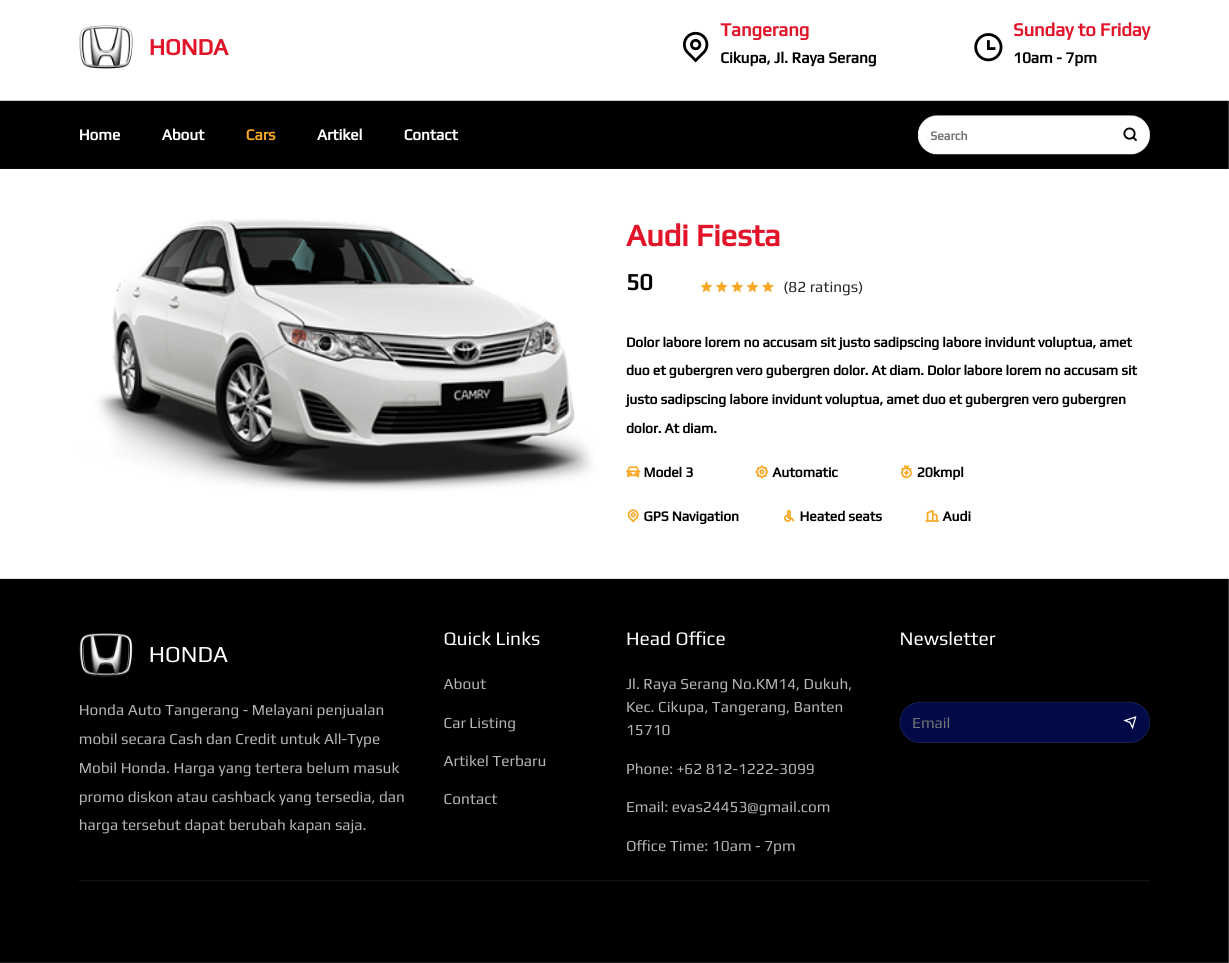
Repository: stevenxylver/Honda
Page: /cars/Audi Fiesta
The author's editor kept a copy of each file at every save. The page is drawn from the files as they stood at one save, then again after a run of saves.
The browser window is 1280 px wide. The pictures show the whole page, at 96% of full size.
The project was rebuilt for these pictures with package versions that can differ from the ones it lists, and the page was loaded fresh each time. Also part of the build but not shown: src/styles/hero-slider.css, src/components/UI/HeroSlider.jsx, src/components/UI/FindCarForm.jsx, src/components/UI/AboutSection.jsx, src/styles/services-list.css, src/assets/data/serviceData.js, src/components/UI/ServicesList.jsx, src/components/UI/Example.jsx and 27 more.

Above is the page before, as saved 2022-11-20 14:22:13.

### src/index.css
/* ======== google fonts ======== */
@import url("https://fonts.googleapis.com/css2?family=Source+Sans+Pro:wght@200;300;400;600;700;900&display=swap");
@import url('https://fonts.googleapis.com/css2?family=Play&display=swap');
/* ======= base style ====== */
* {
  margin: 0;
  padding: 0;
  box-sizing: border-box;
  /* font-family: "Source Sans Pro", sans-serif; */
  font-family: 'Play', sans-serif;

}

/* ========= pre-define css ========= */
h1,
h2,
h3,
h4,
h5,
h6 {
  color: #E11429;
  font-weight: 600;
  margin-bottom: 0;
}

h3,
h4 {
  font-size: 1.6rem;
}

h5,
h6 {
  font-size: 1.2rem;
}

a {
  text-decoration: none;
  color: unset;
}

a:hover {
  color: unset;
}

ul {
  margin: 0;
  list-style: none;
}

.section__title {
  color: #E11429;
  font-weight: 600;
  font-size: 2rem;
}

.section__subtitle {
  color: #f9a826;
  font-weight: 600;
  font-size: 1.2rem;
}

.section__description {
  color: #000;
  font-size: 0.9rem;
  line-height: 30px;
  font-weight: 600;
}

section {
  padding: 50px 0px;
}

.btn {
  padding: 7px 15px;
  background: #E11429;
  color: #fff;
  border: none;
  outline: none;
  border-radius: 5px;
  transition: 0.3s;
}

.btn:hover {
  color: #fff !important;
  background: #E11429;
}

@media only screen and (max-width: 768px) {
  section {
    padding: 30px 0px;
  }

  .section__title {
    font-size: 1.6rem;
  }

  .section__subtitle {
    font-size: 1.1rem;
  }
}

### src/components/Header/Header.jsx
import React, { useRef } from "react";

import { Container, Row, Col } from "reactstrap";
import { Link, NavLink } from "react-router-dom";
import "../../styles/header.css";
import honda from "../../assets/all-images/honda.png";

const navLinks = [
  {
    path: "/home",
    display: "Home",
  },
  {
    path: "/about",
    display: "About",
  },
  {
    path: "/cars",
    display: "Cars",
  },

  {
    path: "/blogs",
    display: "Artikel",
  },
  {
    path: "/contact",
    display: "Contact",
  },
];

const Header = () => {
  const menuRef = useRef(null);

  const toggleMenu = () => menuRef.current.classList.toggle("menu__active");

  return (
    <header className="header">

      {/* =============== header middle =========== */}
      <div className="header__middle">
        <Container>
          <Row>
            <Col lg="4" md="3" sm="4">
              <div className="logo">
                <h1>
                  <Link to="/home" className=" d-flex align-items-center gap-2">
                    <img className="honda" src={honda} alt="" />
                    <i></i>
                    <span>HONDA
                     <br/>
                    </span>
                  </Link>
                </h1>
              </div>
            </Col>

            <Col lg="5" md="3" sm="4">
              <div className="header__location d-flex align-items-center justify-content-end gap-2">
                <span>
                  <i class="ri-map-pin-line"></i>
                </span>
                <div className="header__location-content">
                  <h4>Tangerang</h4>
                  <h6>Cikupa, Jl. Raya Serang
                  </h6>
                </div>
              </div>
            </Col>

            <Col lg="3" md="3" sm="4">
              <div className="header__location d-flex align-items-center justify-content-end gap-2">
                <span>
                  <i class="ri-time-line"></i>
                </span>
                <div className="header__location-content">
                  <h4>Sunday to Friday</h4>
                  <h6>10am - 7pm</h6>
                </div>
              </div>
            </Col>

            {/* <Col
              lg="2"
              md="3"
              sm="0"
              className=" d-flex align-items-center justify-content-end "
            >
              <button className="header__btn btn">
                <Link to="/contact">
                  <i class="ri-whatsapp-line"></i>0812-1222-3099
                </Link>
              </button>
            </Col> */}
          </Row>
        </Container>
      </div>

      {/* ========== main navigation =========== */}

      <div className="main__navbar">
        <Container>
          <div className="navigation__wrapper d-flex align-items-center justify-content-between">
            <span className="mobile__menu">
              <i class="ri-menu-line" onClick={toggleMenu}></i>
            </span>

            <div className="navigation" ref={menuRef} onClick={toggleMenu}>
              <div className="menu">
                {navLinks.map((item, index) => (
                  <NavLink
                    to={item.path}
                    className={(navClass) =>
                      navClass.isActive ? "nav__active nav__item" : "nav__item"
                    }
                    key={index}
                  >
                    {item.display}
                  </NavLink>
                ))}
              </div>
            </div>
            <div className="nav__right">
              <div className="search__box">
                <input type="text" placeholder="Search" />
                <span>
                  <i class="ri-search-line"></i>
                </span>
              </div>
            </div>

          </div>
        </Container>
      </div>
    </header>
  );
};

export default Header;

### src/components/Footer/Footer.jsx
import React from "react";

import { Container, Row, Col, ListGroup, ListGroupItem } from "reactstrap";
import { Link } from "react-router-dom";
import "../../styles/footer.css";
import honda from "../../assets/all-images/honda.png";


const quickLinks = [
  {
    path: "/about",
    display: "About",
  },
  {
    path: "/cars",
    display: "Car Listing",
  },
  {
    path: "/blogs",
    display: "Artikel Terbaru",
  },

  {
    path: "/contact",
    display: "Contact",
  },
];

const Footer = () => {
  const date = new Date();
  const year = date.getFullYear();
  return (
    <footer className="footer">
      <Container>
        <Row>
          <Col lg="4" md="4" sm="12">
            <div className="logo footer__logo">
              <h1>
                <Link to="/home" className=" d-flex align-items-center gap-2">
                <img className="honda" src={honda} alt="" />
                    <i></i>
                    <span>HONDA
                     <br/>
                    </span>
                </Link>
              </h1>
            </div>
            <p className="footer__logo-content">
            Honda Auto Tangerang - Melayani penjualan mobil secara Cash dan Credit untuk All-Type Mobil Honda. Harga yang tertera belum masuk promo diskon atau cashback yang tersedia, dan harga tersebut dapat berubah kapan saja.
            </p>
          </Col>

          <Col lg="2" md="4" sm="6">
            <div className="mb-4">
              <h5 className="footer__link-title">Quick Links</h5>
              <ListGroup>
                {quickLinks.map((item, index) => (
                  <ListGroupItem key={index} className="p-0 mt-3 quick__link">
                    <Link to={item.path}>{item.display}</Link>
                  </ListGroupItem>
                ))}
              </ListGroup>
            </div>
          </Col>

          <Col lg="3" md="4" sm="6">
            <div className="mb-4">
              <h5 className="footer__link-title mb-4">Head Office</h5>
              <p className="office__info">Jl. Raya Serang No.KM14, Dukuh, Kec. Cikupa, Tangerang, Banten 15710</p>
              <p className="office__info">Phone: +62 812-1222-3099</p>

              <p className="office__info">Email: evas24453@gmail.com </p>

              <p className="office__info">Office Time: 10am - 7pm</p>
            </div>
          </Col>

          <Col lg="3" md="4" sm="12">
            <div className="mb-4">
              <h5 className="footer__link-title">Newsletter</h5>
              <p className="section__description">Subscribe our newsletter</p>
              <div className="newsletter">
                <input type="email" placeholder="Email" />
                <span>
                  <i class="ri-send-plane-line"></i>
                </span>
              </div>
            </div>
          </Col>

          <Col lg="12">
            <div className="footer__bottom">
              <p className="section__description d-flex align-items-center justify-content-center gap-1 pt-4">
                <i class="ri-copyright-line"></i>Copyright {year}, Developed by
                Muhibur Rahman. All rights reserved.
              </p>
            </div>
          </Col>
        </Row>
      </Container>
    </footer>
  );
};

export default Footer;

### src/routers/Routers.js
import React from "react";
import { Routes, Route, Navigate } from "react-router-dom";
import Home from "../pages/Home";
import About from "../pages/About";
import CarListing from "../pages/CarListing";
import CarDetails from "../pages/CarDetails";
import Blog from "../pages/Blog";
import BlogDetails from "../pages/BlogDetails";
import NotFound from "../pages/NotFound";
import Contact from "../pages/Contact";

const Routers = () => {
  return (
    <Routes>
      <Route path="/" element={<Navigate to="/home" />} />
      <Route path="/home" element={<Home />} />
      <Route path="/about" element={<About />} />
      <Route path="/cars" element={<CarListing />} />
      <Route path="/cars/:slug" element={<CarDetails />} />
      <Route path="/blogs" element={<Blog />} />
      <Route path="/blogs/:slug" element={<BlogDetails />} />
      <Route path="/contact" element={<Contact />} />
      <Route path="*" element={<NotFound />} />
    </Routes>
  );
};

export default Routers;

### src/styles/header.css
.header__top {
  padding: 10px 0px;
  background: #E11429;
  color: #fff;
}


.honda
{
width: 57px;
height: 57px;
}

.header__top__left {
  display: flex;
  align-items: center;
  column-gap: 1rem;
}

.header__top__left span {
  font-size: 0.9rem;
}

.header__top__help {
  display: flex;
  align-items: center;
  column-gap: 0.4rem;
}

.header__top__help i {
  background: #fff;
  color: #E11429;
  padding: 2px 4px;
  border-radius: 50px;
  font-size: 0.7rem;
}

.header__top__right a {
  text-decoration: none;
  color: #fff;
  font-size: 0.9rem;
}

.header__top__right a:hover {
  color: #fff;
}

/* ============ header middle style =========== */

.header__middle {
  padding: 20px 0px;
}

.logo h1 a span {
  font-size: 1.5rem;
}

.logo h1 a i {
  font-size: 2.2rem;
}

.logo h1 a {
  text-decoration: none;
  color: #E11429;
  font-weight: 900;
}

.logo h1 {
  line-height: 1.5rem;
}

.header__location span i {
  font-size: 2.2rem;
  color: #000000;
}

.header__location-content h4 {
  font-size: 1.2rem;
  font-weight: 700;
  color: #E11429;
}

.header__location-content h6 {
  font-weight: 600;
  color: #000000;
}

.header__btn {
  background: #E11429 !important;
  padding: 10px 20px;
  border: none;
  outline: none;
  border-radius: 5px;
}

.header__btn a {
  display: flex;
  align-items: center;
  column-gap: 0.4rem;
  text-decoration: none;
  color: #fff;
  justify-content: end;
  font-size: 0.9rem;
  font-weight: 1000;
}


.header__btn a:hover {
  color: #fff;
}

/* ================ main navbar styles =========== */

.main__navbar {
  padding: 15px 0px;
  background: #000000;
}

.mobile__menu i {
  color: #fff;
  font-size: 1.3rem;
  cursor: pointer;
}

.mobile__menu {
  display: none;
}

.menu {
  display: flex;
  align-items: center;
  column-gap: 2.7rem;
}

.nav__item {
  color: #fff;
  text-decoration: none;
  transition: 0.3s;
  font-weight: 1000;
}

.nav__item:hover {
  color: #f9a826;
}



.search__box {
  border: 1px solid #7c8a972f;
  padding: 7px 12px;
  display: flex;
  align-items: center;
  border-radius: 50px;
  background: #020a4de9;
}

.search__box {
  border: 1px solid #7c8a972f;
  padding: 7px 12px;
  display: flex;
  align-items: center;
  border-radius: 50px;
  background: #fff;
  font-weight: 1000;
}

.search__box input {
  background: transparent;
  border: none;
  outline: none;
  color: #fff;
  cursor: pointer;
}

.search__box input::placeholder {
  font-size: 0.8rem;
  font-weight:800;
}
.search__box span i {
  color: #000000;
  cursor: pointer;
}

.nav__active {
  color: #f9a826;
}

@media only screen and (max-width: 768px) {
  .header__top,
  .header__middle,
  .nav__right {
    display: none;
  }

  .mobile__menu {
    display: block;
  }

  .navigation {
    background: rgb(0, 13, 107, 0.6);
    width: 100%;
    height: 100%;
    position: fixed;
    top: 0;
    left: 0;
    z-index: 9999;
    display: none;
  }

  .menu {
    width: 250px;
    height: 100%;
    background: #fff;
    display: flex;
    align-items: center;
    flex-direction: column;
    row-gap: 2rem;
    justify-content: center;
  }

  .menu a {
    color: #E11429;
    font-weight: 600;
    font-size: 0.9rem;
  }

  .menu__active {
    display: block;
  }


}

### src/styles/footer.css
.footer {
  background: #000000;
  padding-top: 50px;
  padding-bottom: 15px;
}

.footer__logo i {
  color: #fff;
  font-weight: 400;
}

.footer__logo span {
  color: #fff;
  font-weight: 500;
}

.footer__logo-content {
  color: rgba(255, 255, 255, 0.715);
  margin-top: 15px;
  line-height: 30px;
}

.quick__link {
  border: none !important;
  background: transparent !important;
}

.quick__link a {
  color: rgba(255, 255, 255, 0.715);
  text-decoration: none;
  font-weight: 300;
  transition: 0.3s;
}

.quick__link a:hover {
  color: #f9a826;
}

.footer__link-title {
  color: #fff;
}

.office__info {
  color: rgba(255, 255, 255, 0.715);
  font-weight: 300;
}

.newsletter {
  display: flex;
  align-items: center;
  justify-content: space-between;
  padding: 8px 12px;
  border: 1px solid #7c8a972f;
  border-radius: 50px;
  background: #020a4de9;
}

.newsletter input {
  background: transparent;
  color: #fff;
  border: none;
  outline: none;
}

.newsletter span i {
  color: #fff;
}

.footer__bottom {
  border-top: 1px solid #7c8a972f;
}

@media only screen and (max-width: 768px) {
  .footer__logo-content {
    font-size: 0.8rem;
  }

  .quick__link,
  .office__info {
    font-size: 0.8rem;
    line-height: 1.5rem;
  }

  .footer__link-title {
    font-size: 1rem;
    margin-top: 15px;
  }

  .footer__bottom p {
    font-size: 0.7rem;
  }


}

### src/pages/CarDetails.jsx
import React, { useEffect } from "react";

import carData from "../assets/data/carData";
import { Container, Row, Col } from "reactstrap";
import Helmet from "../components/Helmet/Helmet";
import { useParams } from "react-router-dom";
import BookingForm from "../components/UI/BookingForm";
import PaymentMethod from "../components/UI/PaymentMethod";

const CarDetails = () => {
  const { slug } = useParams();

  const singleCarItem = carData.find((item) => item.carName === slug);

  useEffect(() => {
    window.scrollTo(0, 0);
  }, [singleCarItem]);

  return (
    <Helmet title={singleCarItem.carName}>
      <section>
        <Container>
          <Row>
            <Col lg="6">
              <img src={singleCarItem.imgUrl} alt="" className="w-100" />
            </Col>

            <Col lg="6">
              <div className="car__info">
                <h2 className="section__title">{singleCarItem.carName}</h2>

                <div className=" d-flex align-items-center gap-5 mb-4 mt-3">
                  <h6 className="rent__price fw-bold fs-4">
                    {singleCarItem.price}
                  </h6>

                  <span className=" d-flex align-items-center gap-2">
                    <span style={{ color: "#f9a826" }}>
                      <i class="ri-star-s-fill"></i>
                      <i class="ri-star-s-fill"></i>
                      <i class="ri-star-s-fill"></i>
                      <i class="ri-star-s-fill"></i>
                      <i class="ri-star-s-fill"></i>
                    </span>
                    ({singleCarItem.rating} ratings)
                  </span>
                </div>

                <p className="section__description">
                  {singleCarItem.description}
                </p>

                <div
                  className=" d-flex align-items-center mt-3"
                  style={{ columnGap: "4rem" }}
                >
                  <span className=" d-flex align-items-center gap-1 section__description">
                    <i
                      class="ri-roadster-line"
                      style={{ color: "#f9a826" }}
                    ></i>{" "}
                    {singleCarItem.model}
                  </span>

                  <span className=" d-flex align-items-center gap-1 section__description">
                    <i
                      class="ri-settings-2-line"
                      style={{ color: "#f9a826" }}
                    ></i>{" "}
                    {singleCarItem.automatic}
                  </span>

                  <span className=" d-flex align-items-center gap-1 section__description">
                    <i
                      class="ri-timer-flash-line"
                      style={{ color: "#f9a826" }}
                    ></i>{" "}
                    {singleCarItem.speed}
                  </span>
                </div>

                <div
                  className=" d-flex align-items-center mt-3"
                  style={{ columnGap: "2.8rem" }}
                >
                  <span className=" d-flex align-items-center gap-1 section__description">
                    <i class="ri-map-pin-line" style={{ color: "#f9a826" }}></i>{" "}
                    {singleCarItem.gps}
                  </span>

                  <span className=" d-flex align-items-center gap-1 section__description">
                    <i
                      class="ri-wheelchair-line"
                      style={{ color: "#f9a826" }}
                    ></i>{" "}
                    {singleCarItem.seatType}
                  </span>

                  <span className=" d-flex align-items-center gap-1 section__description">
                    <i
                      class="ri-building-2-line"
                      style={{ color: "#f9a826" }}
                    ></i>{" "}
                    {singleCarItem.brand}
                  </span>
                </div>
              </div>
            </Col>

            {/* <Col lg="7" className="mt-5">
              <div className="booking-info mt-5">
                <h5 className="mb-4 fw-bold ">Booking Information</h5>
                <BookingForm />
              </div>
            </Col>

            <Col lg="5" className="mt-5">
              <div className="payment__info mt-5">
                <h5 className="mb-4 fw-bold ">Payment Information</h5>
                <PaymentMethod />
              </div>
            </Col> */}
          </Row>
        </Container>
      </section>
    </Helmet>
  );
};

export default CarDetails;

### src/styles/find-car-form.css
.find__cars-left {
  /* background: linear-gradient(rgb(0, 0, 0, 0.8), rgb(0, 0,20, 0.8)),
    url("../assets/all-images/toyota-offer-2.png");
  background-position: center;
  background-repeat: no-repeat;
  background-size: cover; */
  padding: 65px 35px;
  background-color: #E11429;
  /* background: linear-gradient(rgb(225, 20, 41, 0.8), rgb(174, 18,20, 0.8)), */
}

.find__cars-left h2 {
  font-weight: 600;
  font-size: 0.875rem;
  color: #fff;
  text-align: center;
  background-color: #E11429;
}


.steer{
  height: 40px;
  width: 40px;
  align-items: center;
  color: #E11429;
}

.find__cars-left h1 {
  /* font-weight: 600; */
  font-size: 0.75rem;
  color: #fff;
  text-align: center;
  background-color: #E11429;
}

.form__group {
  width: 30%;
  margin-bottom: 0;
}

.form__group input {
  border: 1px solid #7c8a972a;
  padding: 8px 12px;

  width: 100%;
  outline: none;
}
.form__group input::placeholder {
  color: #7c8a97;
}

.section__subtitle{
  color: #000;
}

.ava1
{
  height: 285px;
  width: 500px;
  border-radius: 5px;
}

.section__subtitle{
color: #f9a826;
}
.rent__price{
  color: #000;
}

.form {
  background: #fff;
  padding-top: 55px;
  padding-bottom: 50px;
  padding-left: 15px;
  padding-right: 15px;
}

.select__group {
  width: 30%;
}

.select__group select {
  width: 100%;
  padding: 10px 15px;
  border: 1px solid #7c8a972a;
  outline: none;
  color: #7c8a97;
}

.hero__slider-section {
  position: relative;
  z-index: 10;
  margin-bottom: 200px;
}

.hero__form {
  position: absolute;
  bottom: -150px;
  z-index: 11;
  width: 100%;
}

.form__row {
  background: #E11429;
  box-shadow: 5px 5px 15px -5px #7c8a97;
  border-radius: 15px;

}

.journey__time::before {
  content: "Journey time";
  margin-right: 0.8rem;
  color: #7c8a97;
}

.find__car-btn {
  background: #E11429 !important;
  color: #fff !important;
  padding: 8px 15px;
  width: 100%;
  border: none;
  outline: none;
}

@media only screen and (max-width: 992px) {
  .find__cars-left {
    padding: 65px 22px;
  }

  .find__cars-left h2 {
    font-size: 1.5rem;
  }

  .form {
    padding: 30px 10px;
  }

  .form__group input,
  .select__group select {
    padding: 7px 10px;
    font-size: 0.8rem;
  }

  .hero__form {
    bottom: -100px;
  }
}

@media only screen and (max-width: 768px) {
  .find__cars-left {
    padding-top: 20px;
    padding-bottom: 0;
    background: #E11429;
    text-align: center;
  }

  .form {
    padding: 20px 10px;
  }
}

@media only screen and (max-width: 576px) {
  .form__group {
    width: 100%;
    margin: auto;
    margin-bottom: 15px;
  }

  .form__group input {
    font-size: 0.7rem !important;
  }

  .select__group {
    width: 100%;
    padding-right: 10px;
    font-size: 0.7rem;
  }

  .find__car-btn {
    font-size: 0.8rem;
  }

  .find__cars-left h2 {
    font-size: 1rem;
  }

  .hero__form {
    bottom: -250px;
  }
}

### src/styles/about-section.css
.about__section-item {
  column-gap: 3rem;
}

.about{
width: 255px;
height: 255px;
border-radius: 10px;
box-shadow: 5px 5px 15px -5px #7c8a97;
}


.about__section-item p i {
  color: #f9a826;
  font-size: 1.1rem;
}

@media only screen and (max-width: 992px) {
  .about__section-content h2 {
    font-size: 1.5rem;
  }
  .about__section-item {
    column-gap: 3rem;
  }
  .about__section-item p {
    font-size: 0.6rem;
    margin-bottom: 0;
  }

  .section__description i {
    font-size: 0.8rem !important;
  }
}

@media only screen and (max-width: 768px) {
  .about__img {
    margin-top: 30px;
  }
}

@media only screen and (max-width: 576px) {
  .about__section {
    margin-top: 280px;
  }
}

Loaded but not shown: public/index.html (common file); src/index.js (common file); src/App.js (common file); src/components/Layout/Layout.jsx (common file); src/components/Helmet/Helmet.js (common file); src/assets/data/carData.js (158 lines, source omitted)

After the next 2 saves:
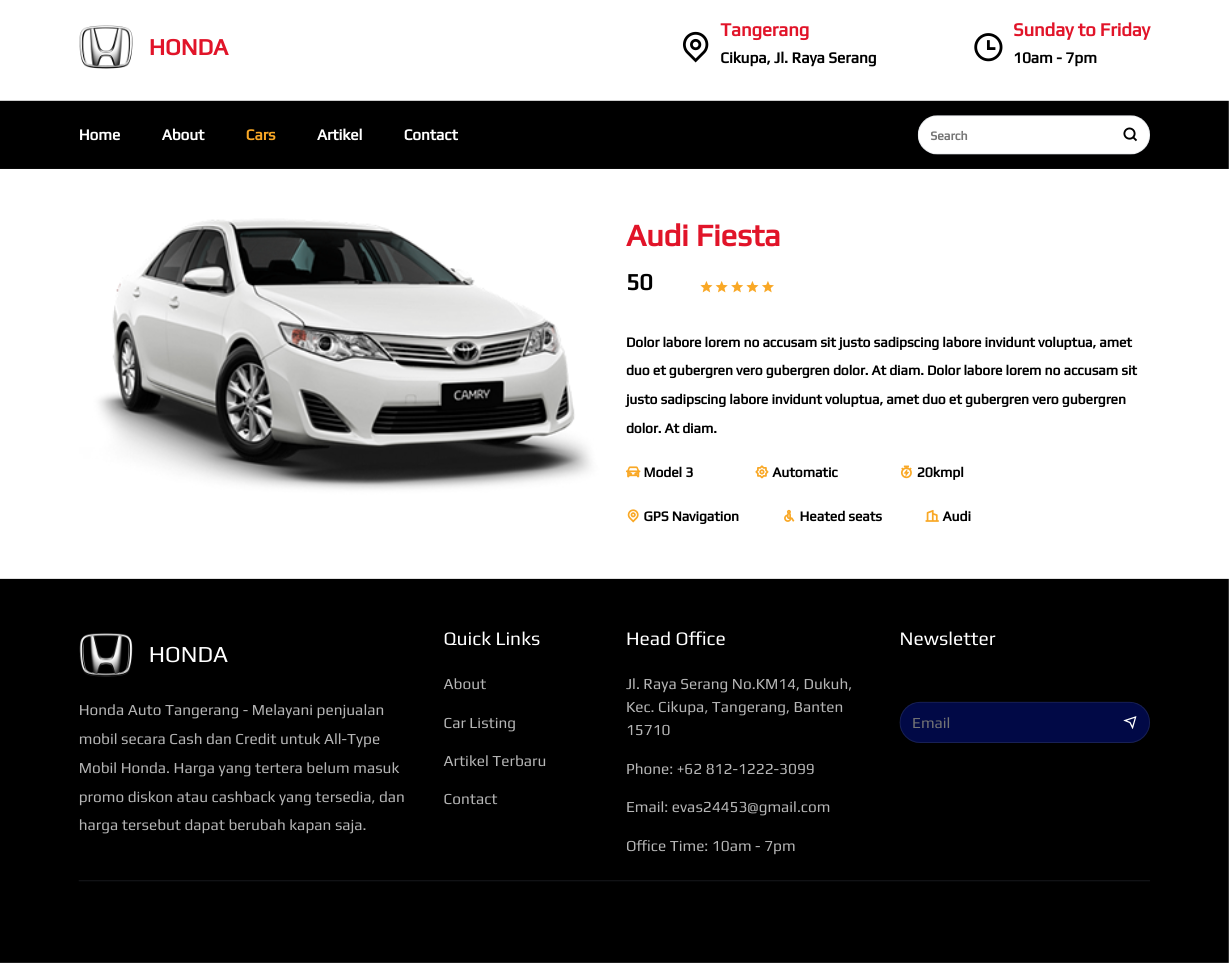
The 2 saves are shown as one change because 1 did not build or start.
The last was saved 48 s later.
--- a/src/pages/CarDetails.jsx
+++ b/src/pages/CarDetails.jsx
@@ -42,7 +42,7 @@
                       <i class="ri-star-s-fill"></i>
                       <i class="ri-star-s-fill"></i>
                     </span>
-                    ({singleCarItem.rating} ratings)
+
                   </span>
                 </div>
 
